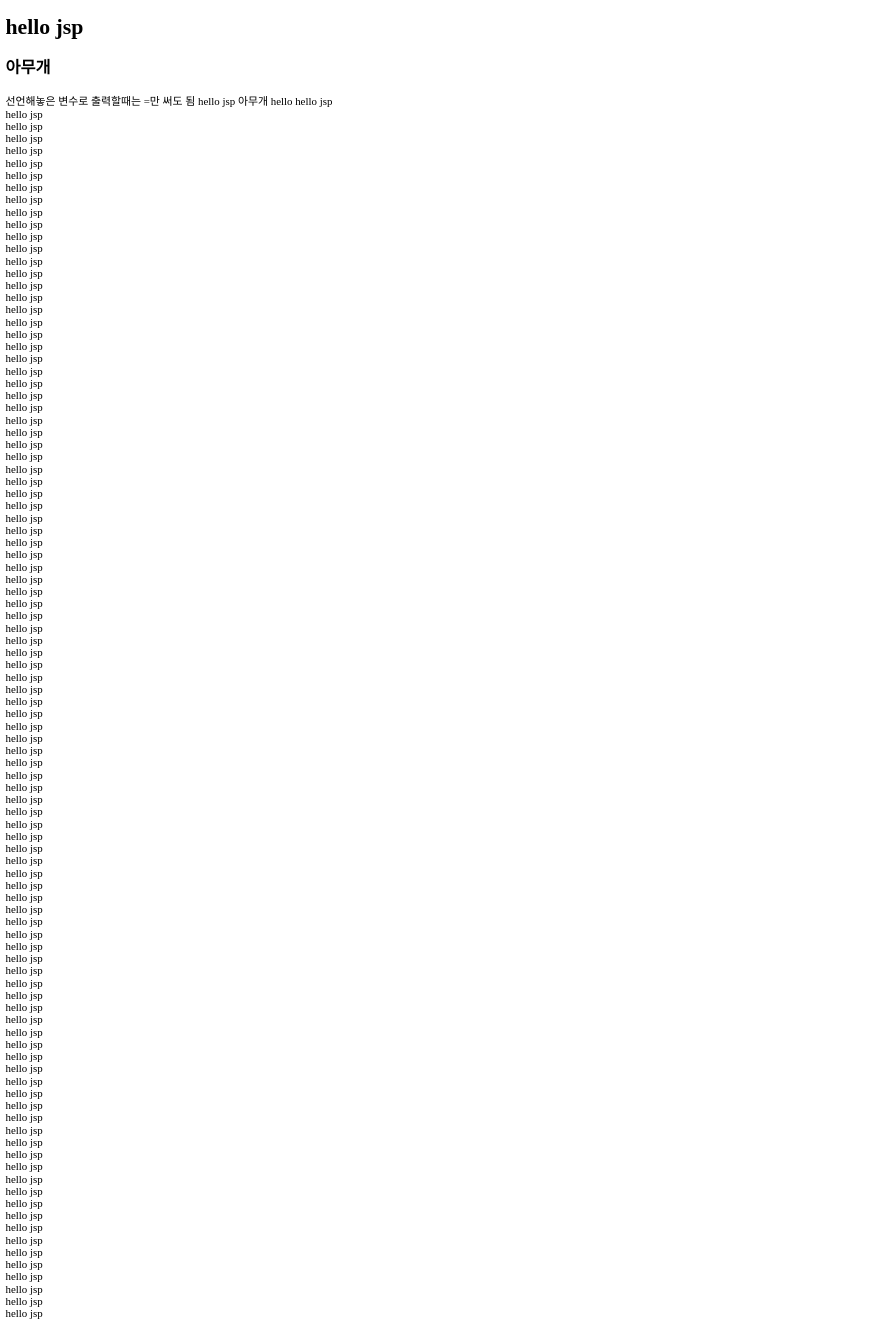
Repository: jupiter002/jsp-tutorial
Page: http://localhost/jsp01/hello.jsp
These files come from the project's save history. The page is drawn as it stood at one moment and after the next save; the edit follows.
The browser window is 1280 px wide. The pictures show the whole page, at 68% of full size.
The page is served by Tomcat 9.

Above is the page before, as saved 2023-06-02 01:19:01.

After the next save:
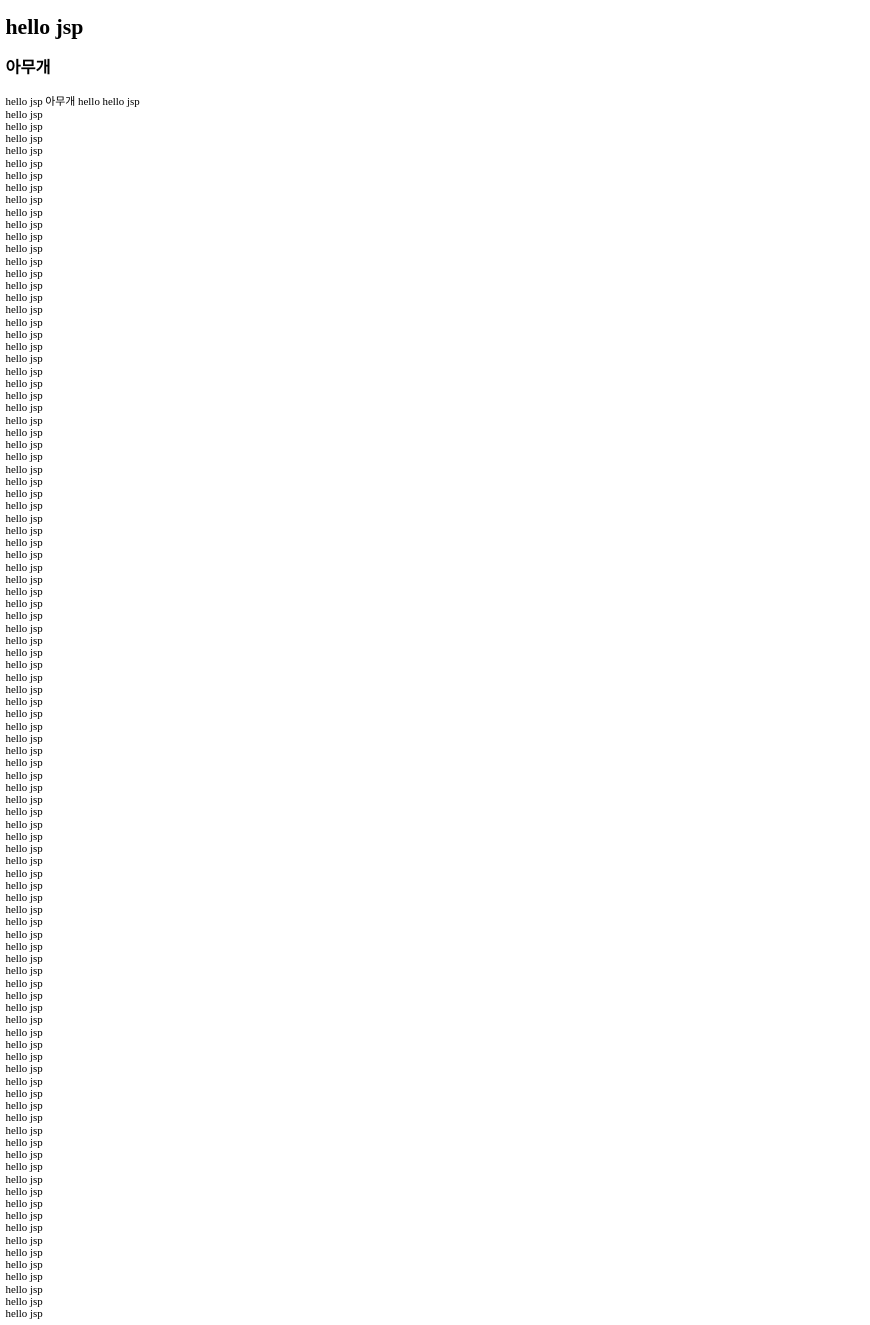
Saved 15 s later.
--- a/jsp01/src/main/webapp/hello.jsp
+++ b/jsp01/src/main/webapp/hello.jsp
@@ -14,7 +14,7 @@
 <body>
 	<h1>hello jsp</h1>
 	<h2><%= name %></h2>
-	선언해놓은 변수로 출력할때는 =만 써도 됨
+	<!--선언해놓은 변수로 출력할때는 =만 써도 됨  -->
 	<%
 		out.println("hello jsp");
 		out.println(name+" "+msg);
